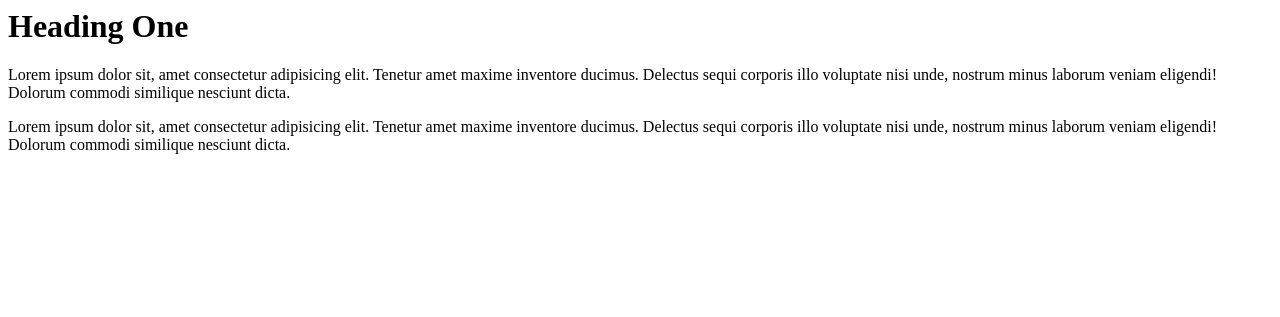
Repository: MonwarAdeeb/Bista_Solutions
Page: HTML & CSS/CSS/Level Two/01. Fonts.html
The author's editor kept a copy of each file at every save. The page is drawn from the files as they stood at one save, then again after the next save.
The browser window is 1280 px wide. The pictures show the whole page.

Above is the page before, as saved 2021-05-20 15:17:47.

After the next save:
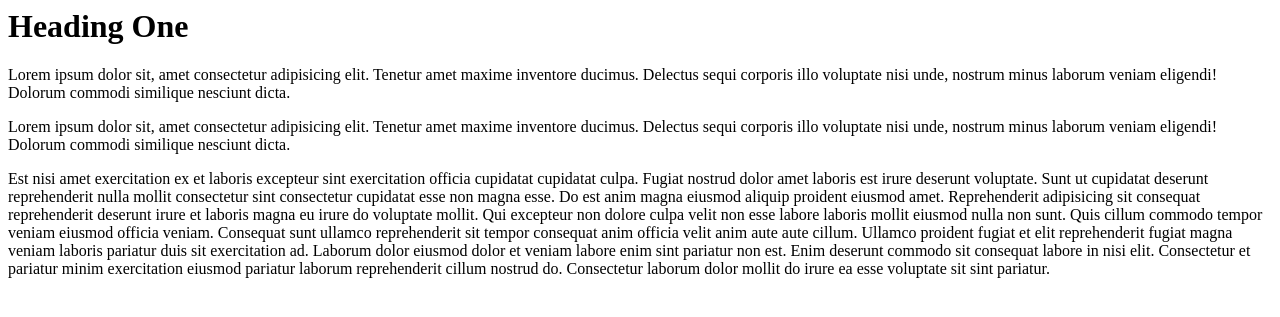
Saved 9 s later.
--- a/HTML & CSS/CSS/Level Two/01. Fonts.html
+++ b/HTML & CSS/CSS/Level Two/01. Fonts.html
@@ -23,7 +23,11 @@
         nostrum minus laborum veniam eligendi!
         Dolorum commodi similique nesciunt dicta.</p>
 
-    <p></p>
+    <p>Est nisi amet exercitation ex et laboris excepteur sint exercitation officia cupidatat cupidatat culpa. Fugiat nostrud dolor amet laboris est irure deserunt voluptate. Sunt ut cupidatat deserunt reprehenderit nulla mollit consectetur sint consectetur cupidatat esse non magna esse.
+
+Do est anim magna eiusmod aliquip proident eiusmod amet. Reprehenderit adipisicing sit consequat reprehenderit deserunt irure et laboris magna eu irure do voluptate mollit. Qui excepteur non dolore culpa velit non esse labore laboris mollit eiusmod nulla non sunt. Quis cillum commodo tempor veniam eiusmod officia veniam. Consequat sunt ullamco reprehenderit sit tempor consequat anim officia velit anim aute aute cillum. Ullamco proident fugiat et elit reprehenderit fugiat magna veniam laboris pariatur duis sit exercitation ad.
+
+Laborum dolor eiusmod dolor et veniam labore enim sint pariatur non est. Enim deserunt commodo sit consequat labore in nisi elit. Consectetur et pariatur minim exercitation eiusmod pariatur laborum reprehenderit cillum nostrud do. Consectetur laborum dolor mollit do irure ea esse voluptate sit sint pariatur.</p>
 
 </body>
 </html>

After the save that followed:
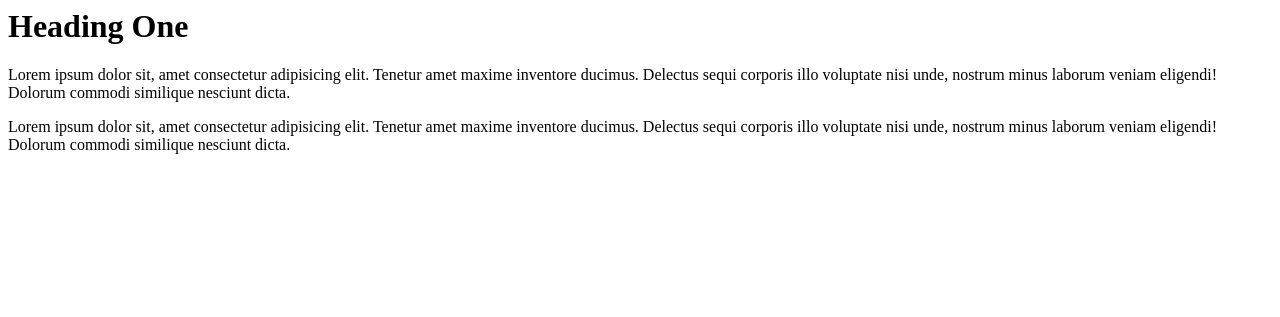
Saved 9 s later.
--- a/HTML & CSS/CSS/Level Two/01. Fonts.html
+++ b/HTML & CSS/CSS/Level Two/01. Fonts.html
@@ -23,11 +23,7 @@
         nostrum minus laborum veniam eligendi!
         Dolorum commodi similique nesciunt dicta.</p>
 
-    <p>Est nisi amet exercitation ex et laboris excepteur sint exercitation officia cupidatat cupidatat culpa. Fugiat nostrud dolor amet laboris est irure deserunt voluptate. Sunt ut cupidatat deserunt reprehenderit nulla mollit consectetur sint consectetur cupidatat esse non magna esse.
-
-Do est anim magna eiusmod aliquip proident eiusmod amet. Reprehenderit adipisicing sit consequat reprehenderit deserunt irure et laboris magna eu irure do voluptate mollit. Qui excepteur non dolore culpa velit non esse labore laboris mollit eiusmod nulla non sunt. Quis cillum commodo tempor veniam eiusmod officia veniam. Consequat sunt ullamco reprehenderit sit tempor consequat anim officia velit anim aute aute cillum. Ullamco proident fugiat et elit reprehenderit fugiat magna veniam laboris pariatur duis sit exercitation ad.
-
-Laborum dolor eiusmod dolor et veniam labore enim sint pariatur non est. Enim deserunt commodo sit consequat labore in nisi elit. Consectetur et pariatur minim exercitation eiusmod pariatur laborum reprehenderit cillum nostrud do. Consectetur laborum dolor mollit do irure ea esse voluptate sit sint pariatur.</p>
+    <p></p>
 
 </body>
 </html>
